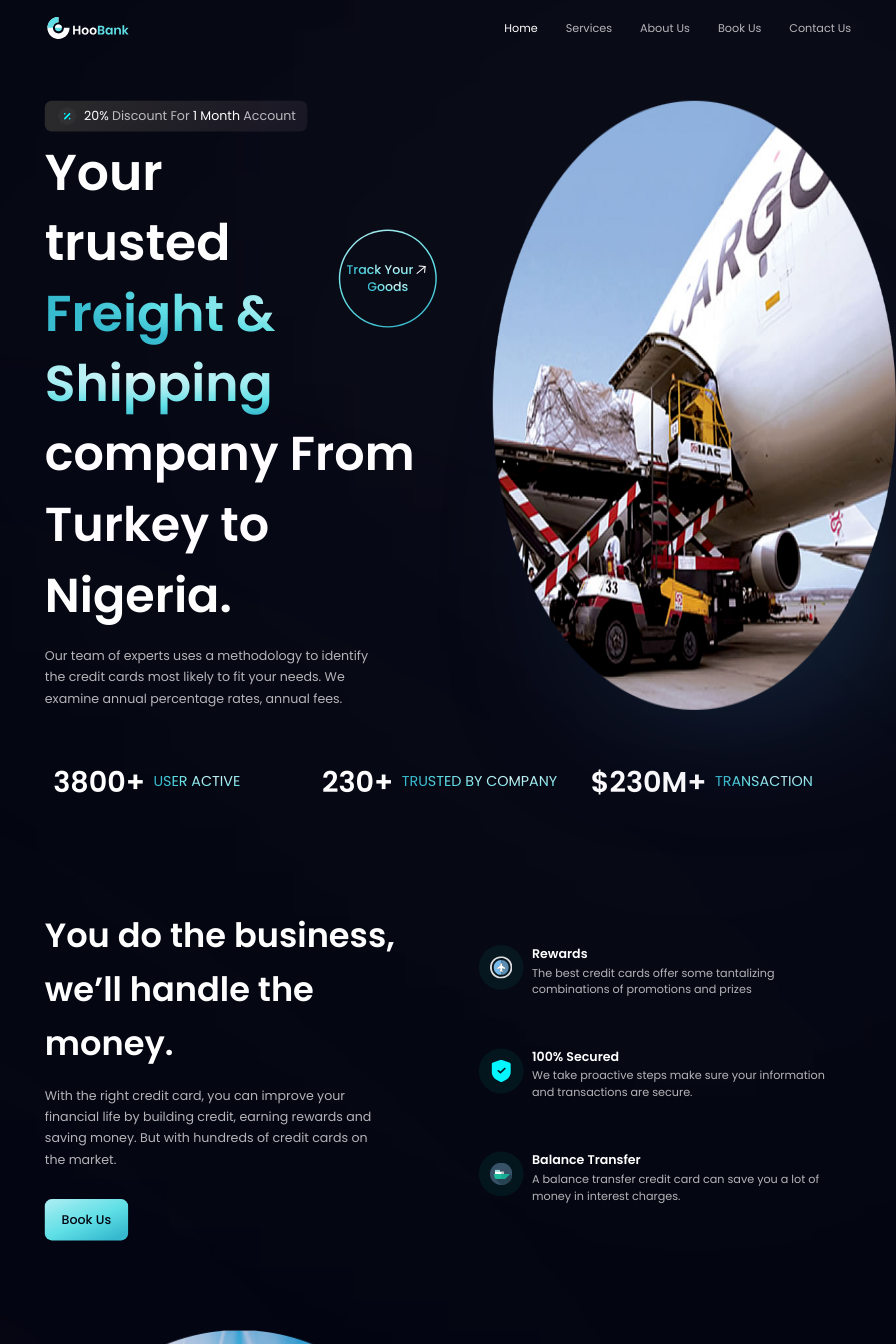
Repository: Miracleoluebube/captionlogistics
Page: /
An editor plug-in stored every save of this project. The page is shown before and after the next save, followed by the edit.
The browser window is 1280 px wide. The pictures show the part of the page from y = 0 to 1920 px (the page is 5317 px tall), at 70% of full size.
The project was rebuilt for these pictures with package versions that can differ from the ones it lists, and the page was loaded fresh each time. Also part of the build but not shown: vite.config.js.

Above is the page before, as saved 2022-10-01 11:56:51.

After the next save:
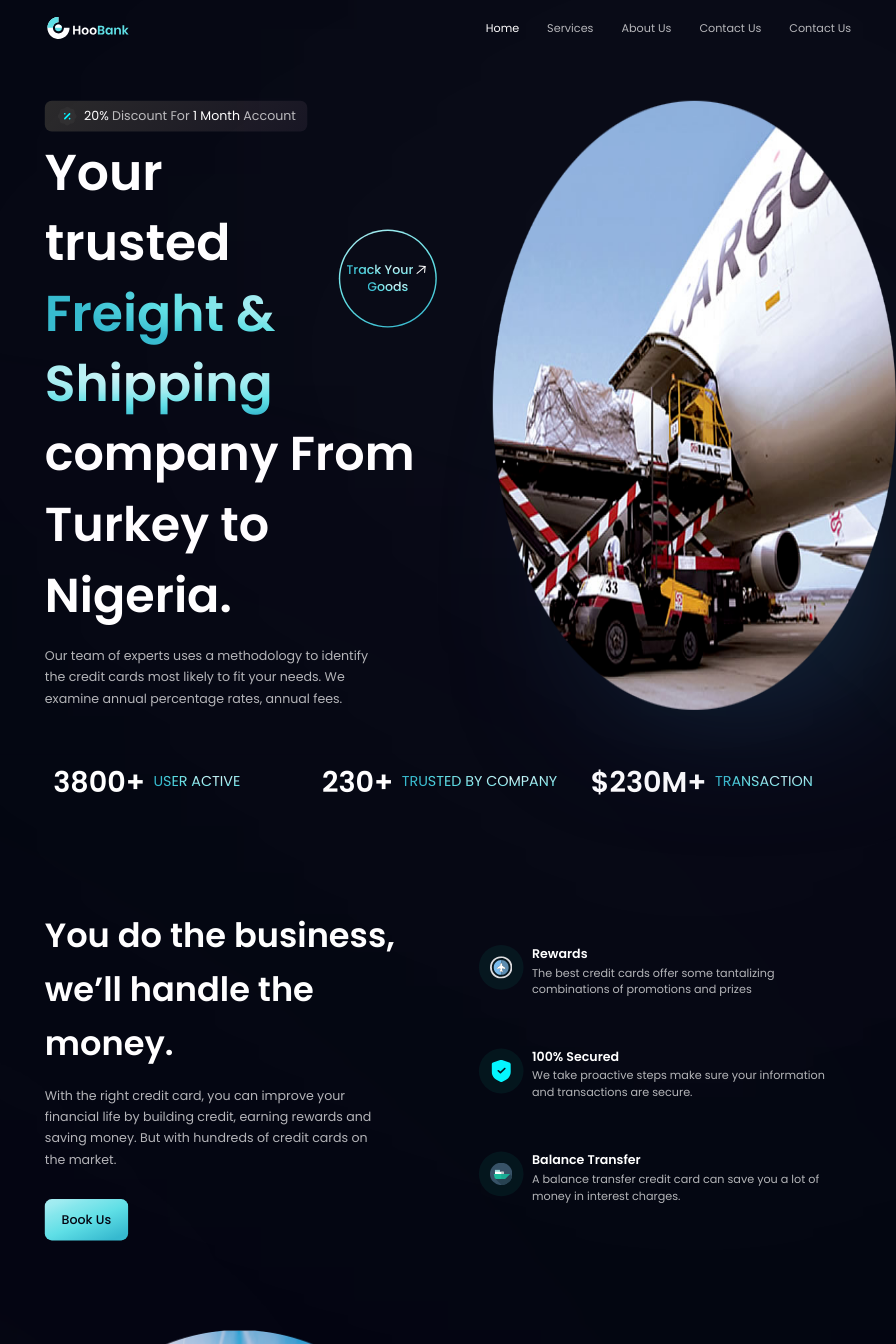
Saved 2 min 37 s later.
--- a/src/constants/index.js
+++ b/src/constants/index.js
@@ -16,7 +16,7 @@
 
   {
     id: "book Us",
-    title: "Book Us",
+    title: "Contact Us",
   },
    {
      id: "contact Us",
